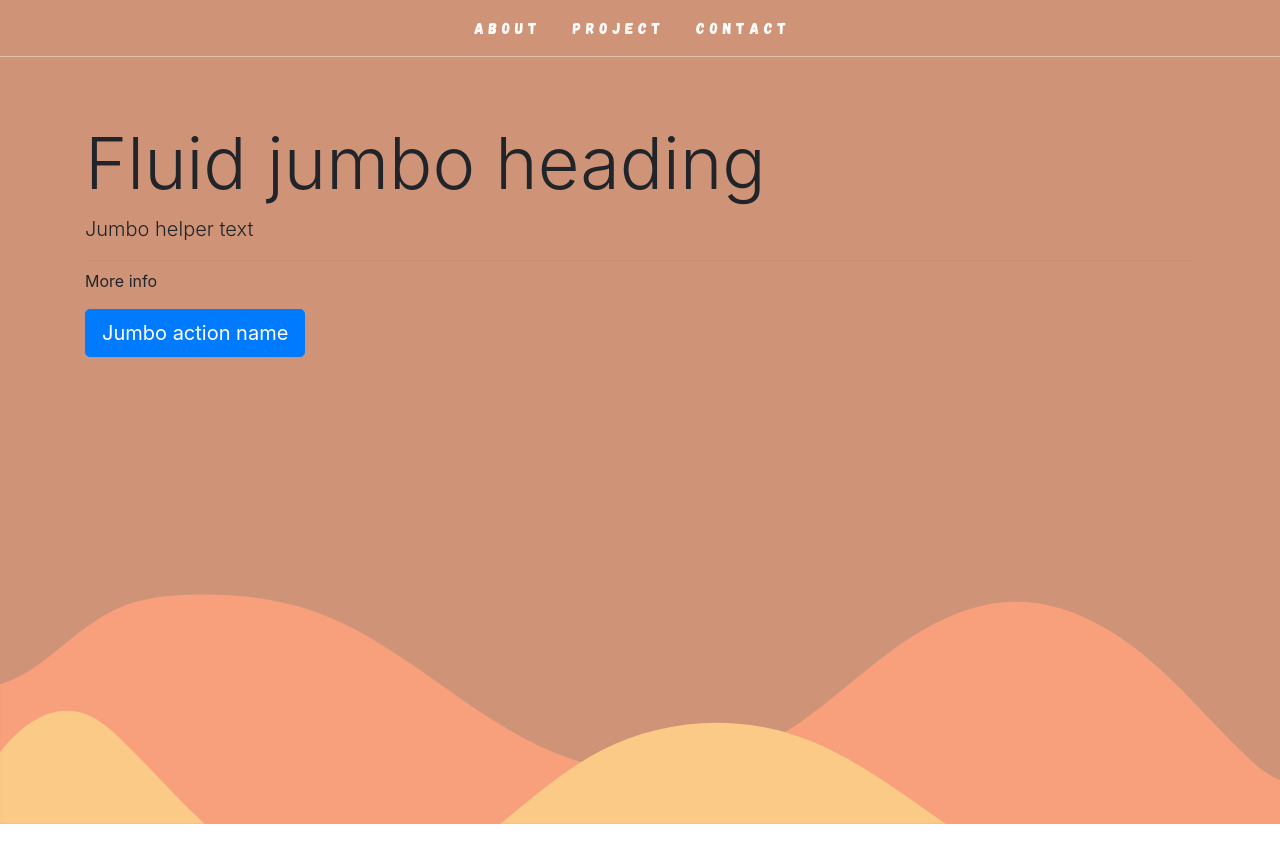
Repository: zetta-muhammad-asyrofuddien/Html-Css-ZettaCAmp
Page: Day1/Portofolio/index.html
An editor plug-in stored every save of this project. The page is shown before and after the next save, followed by the edit.
The browser window is 1280 px wide. The pictures show the whole page.

Above is the page before, as saved 2023-07-05 05:39:15.

### Day1/Portofolio/index.html
<!DOCTYPE html>
<html lang="en">
  <head>
    <meta charset="utf-8" />
    <meta name="viewport" content="width=device-width, initial-scale=1" />
    <title>Portofolio Asyrof</title>
    <link href="https://cdn.jsdelivr.net/npm/bootstrap@5.2.3/dist/css/bootstrap.min.css" rel="stylesheet" integrity="sha384-rbsA2VBKQhggwzxH7pPCaAqO46MgnOM80zW1RWuH61DGLwZJEdK2Kadq2F9CUG65" crossorigin="anonymous" />
    <link rel="stylesheet" href="https://cdn.jsdelivr.net/npm/bootstrap@4.6.2/dist/css/bootstrap.min.css" integrity="sha384-xOolHFLEh07PJGoPkLv1IbcEPTNtaed2xpHsD9ESMhqIYd0nLMwNLD69Npy4HI+N" crossorigin="anonymous" />
    <link rel="stylesheet" type="text/css" href="./syle.css" />
  </head>
  <body>
    <!-- NAVBAR -->
    <section class="N">
      <div class="container">
        <nav class="navbar navbar-expand-lg">
          <div class="container-fluid">
            <button class="navbar-toggler" type="button" data-bs-toggle="collapse" data-bs-target="#navbarNav" aria-controls="navbarNav" aria-expanded="false" aria-label="Toggle navigation">
              <span class="navbar-toggler-icon"></span>
            </button>
            <div class="collapse navbar-collapse" id="navbarNav">
              <ul class="navbar-nav mx-auto">
                <li class="nav-item">
                  <a class="nav-link" aria-current="page" href="#">A b o u t</a>
                </li>
                <li class="nav-item">
                  <a class="nav-link" href="#">P r o j e c t</a>
                </li>
                <li class="nav-item">
                  <a class="nav-link" href="#">C o n t a c t</a>
                </li>
              </ul>
            </div>
          </div>
        </nav>
      </div>
    </section>
    <!-- Akhir Navbar -->
    <!-- Jumbotron -->
    <div class="jumbotron jumbotron-fluid">
      <div class="container">
        <h1 class="display-3">Fluid jumbo heading</h1>
        <p class="lead">Jumbo helper text</p>
        <hr class="my-2" />
        <p>More info</p>
        <p class="lead">
          <a class="btn btn-primary btn-lg" href="Jumbo action link" role="button">Jumbo action name</a>
        </p>
      </div>
    </div>
    <!-- Akhir Jumbotron -->
    <script src="https://cdn.jsdelivr.net/npm/@popperjs/core@2.11.6/dist/umd/popper.min.js" integrity="sha384-oBqDVmMz9ATKxIep9tiCxS/Z9fNfEXiDAYTujMAeBAsjFuCZSmKbSSUnQlmh/jp3" crossorigin="anonymous"></script>
    <script src="https://cdn.jsdelivr.net/npm/bootstrap@5.2.3/dist/js/bootstrap.min.js" integrity="sha384-cuYeSxntonz0PPNlHhBs68uyIAVpIIOZZ5JqeqvYYIcEL727kskC66kF92t6Xl2V" crossorigin="anonymous"></script>
  </body>
</html>

### Day1/Portofolio/syle.css
@font-face {
  font-family: Gagalin;
  src: url(./asset/font/Gagalin-Regular.otf);
}
@font-face {
  font-family: Shrikhand;
  src: url(./asset/font/Shrikhand-Regular.ttf);
}
@font-face {
  font-family: dmSans;
  src: url(./asset/font/DMSans-Regular.ttf);
}
/* UMUM */
.N {
  background-color: #cf9378;
}
.navbar-brand {
  font-family: Gagalin;
}

.nav-link {
  font-family: Gagalin;
  color: white;
  margin-right: 20px;
}

.jumbotron {
  background-image: url(./asset/img/wave.svg);
  background-size: cover;
  height: 768px;
}

/* DESKTOP VERSION */
@media (min-width: 992px) {
  /* Navbar */
  .nav-link:hover::after {
    content: '';
    display: block;
    border-bottom: 3px solid #ffde59;
    width: 50%;
    margin: auto;
  }
}

### Day1/Portofolio/asset/img/wave.svg
<svg xmlns="http://www.w3.org/2000/svg" xmlns:xlink="http://www.w3.org/1999/xlink" width="1366" zoomAndPan="magnify" viewBox="0 0 1024.5 576" height="768" preserveAspectRatio="xMidYMid meet" version="1.0"><defs><clipPath id="8e5e35198e"><path d="M 0 0.140625 L 1024 0.140625 L 1024 575.859375 L 0 575.859375 Z M 0 0.140625 " clip-rule="nonzero"/></clipPath><clipPath id="2a71e99a1e"><path d="M 0 403.367188 L 1024 403.367188 L 1024 575.859375 L 0 575.859375 Z M 0 403.367188 " clip-rule="nonzero"/></clipPath><clipPath id="a49a67c6f3"><path d="M 0 490 L 1024 490 L 1024 575.859375 L 0 575.859375 Z M 0 490 " clip-rule="nonzero"/></clipPath></defs><g clip-path="url(#8e5e35198e)"><path fill="#ffffff" d="M 0 0.140625 L 1024.5 0.140625 L 1024.5 583.640625 L 0 583.640625 Z M 0 0.140625 " fill-opacity="1" fill-rule="nonzero"/><path fill="#ffffff" d="M 0 0.140625 L 1024.5 0.140625 L 1024.5 576.140625 L 0 576.140625 Z M 0 0.140625 " fill-opacity="1" fill-rule="nonzero"/><path fill="#cf9378" d="M 0 0.140625 L 1024.5 0.140625 L 1024.5 576.140625 L 0 576.140625 Z M 0 0.140625 " fill-opacity="1" fill-rule="nonzero"/></g><g clip-path="url(#2a71e99a1e)"><path fill="#f89f7b" d="M 1024.59375 748.792969 L 1024.59375 514.589844 C 1009.527344 534.015625 988.578125 550.046875 965.601562 544.726562 C 953.140625 541.835938 942.988281 533.015625 933.78125 524.140625 C 907.957031 499.230469 884.9375 471.324219 857.128906 448.65625 C 829.320312 425.992188 795.234375 408.472656 759.378906 409.347656 C 723.035156 410.242188 689.773438 429.707031 660.921875 451.84375 C 632.074219 473.984375 605.410156 499.570312 573.078125 516.199219 C 530.191406 538.257812 478.621094 542.78125 432.546875 528.53125 C 358.015625 505.484375 303.679688 438.082031 229.335938 414.453125 C 203.765625 406.335938 176.726562 403.730469 149.902344 403.835938 C 128.71875 403.917969 107.039062 405.796875 87.722656 414.480469 C 64.921875 424.734375 47.261719 443.578125 26.6875 457.789062 C 18.617188 463.367188 9.488281 468.21875 0.0390625 471.40625 L 0.0390625 748.804688 L 1024.59375 748.804688 Z M 1024.59375 748.792969 " fill-opacity="1" fill-rule="nonzero"/></g><g clip-path="url(#a49a67c6f3)"><path fill="#fcca87" d="M 936.914062 622.261719 C 917.582031 630.949219 895.914062 632.824219 874.734375 632.90625 C 847.910156 633.015625 820.867188 630.421875 795.300781 622.289062 C 720.957031 598.664062 666.621094 531.257812 592.085938 508.214844 C 546.011719 493.964844 494.445312 498.503906 451.554688 520.546875 C 419.222656 537.175781 392.5625 562.761719 363.710938 584.898438 C 334.863281 607.039062 301.597656 626.503906 265.257812 627.394531 C 229.402344 628.273438 195.316406 610.765625 167.503906 588.085938 C 139.695312 565.421875 116.679688 537.511719 90.855469 512.605469 C 81.648438 503.714844 71.496094 494.894531 59.035156 492.019531 C 36.058594 486.695312 15.105469 502.730469 0.0390625 522.15625 L 0.0390625 748.792969 L 1024.582031 748.792969 L 1024.582031 565.351562 C 1015.132812 568.542969 1006.003906 573.390625 997.933594 578.96875 C 977.371094 593.179688 959.714844 612.011719 936.914062 622.261719 Z M 936.914062 622.261719 " fill-opacity="1" fill-rule="nonzero"/></g></svg>

After the next save:
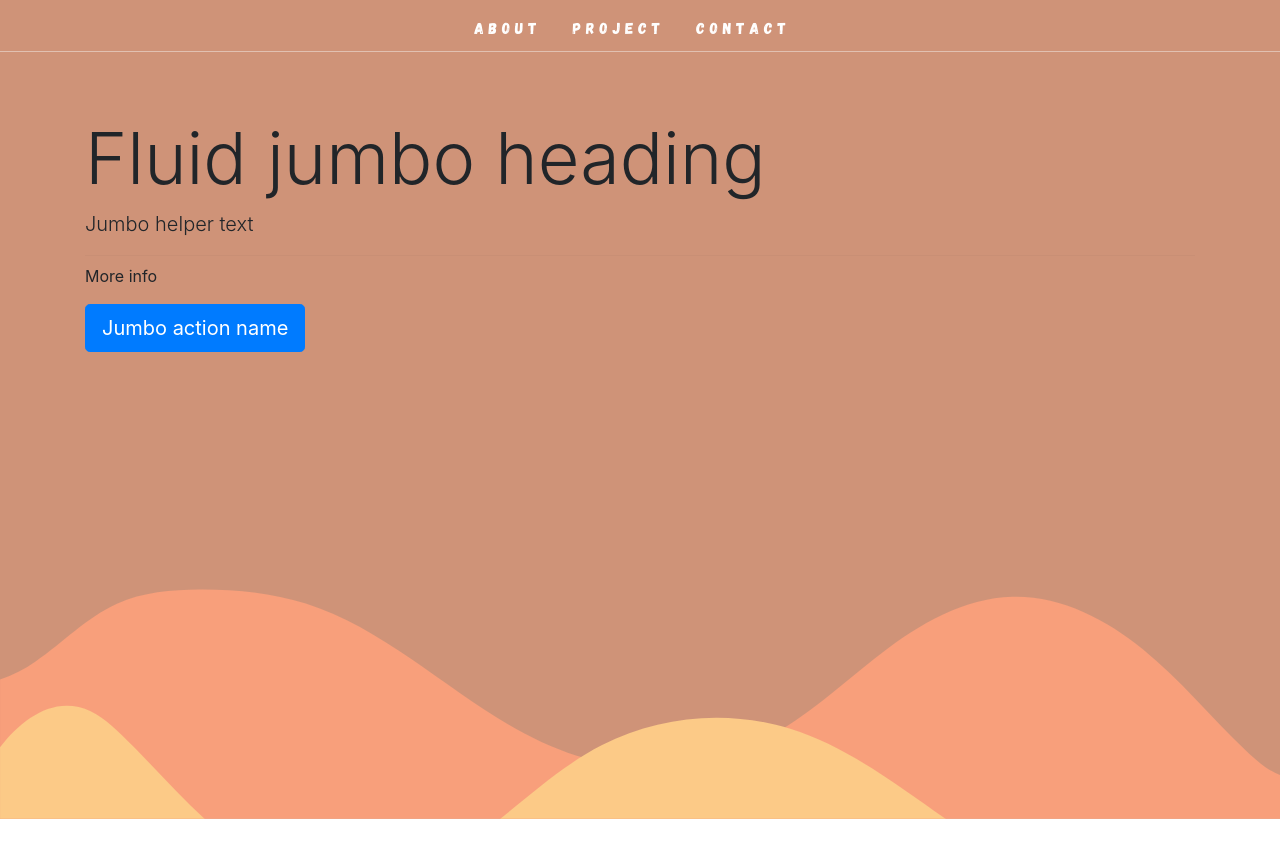
Saved 30 s later.
--- a/Day1/Portofolio/syle.css
+++ b/Day1/Portofolio/syle.css
@@ -28,6 +28,7 @@
   background-image: url(./asset/img/wave.svg);
   background-size: cover;
   height: 768px;
+  margin-top: -5px;
 }
 
 /* DESKTOP VERSION */
